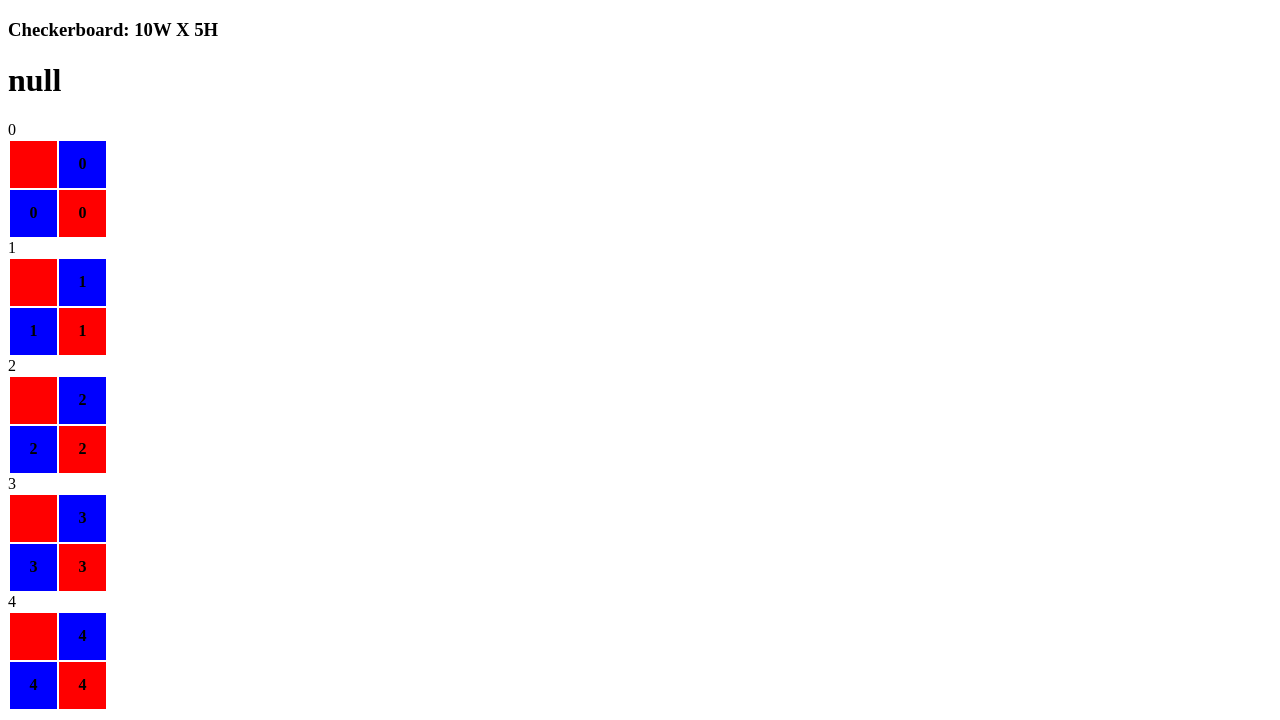
Repository: ben-mandakh/Java-Projects
Page: http://localhost/CheckerBoard/CheckerBoard.jsp
The author's editor kept a copy of each file at every save. The page is drawn from the files as they stood at one save, then again after the next save.
The browser window is 1280 px wide. The pictures show the whole page.
The page is served by Tomcat 9.

Above is the page before, as saved 2019-08-09 02:43:06.

After the next save:
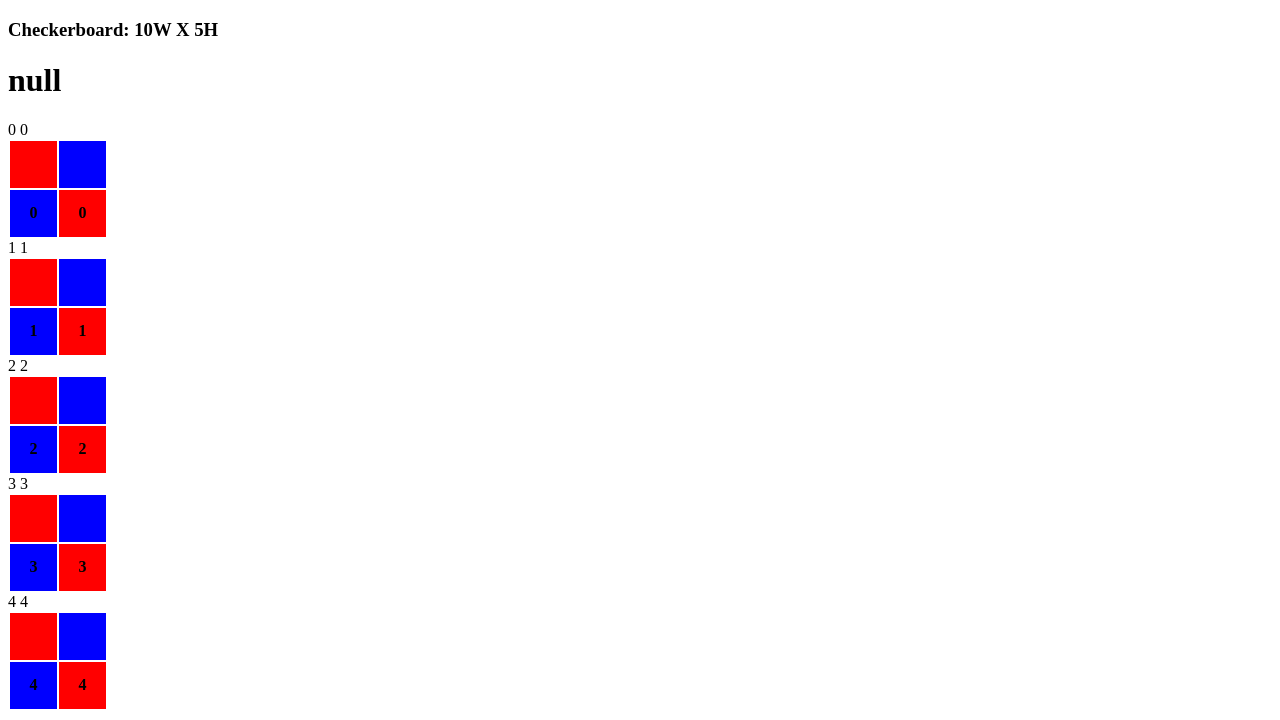
Saved 31 s later.
--- a/CheckerBoard/WebContent/CheckerBoard.jsp
+++ b/CheckerBoard/WebContent/CheckerBoard.jsp
@@ -20,8 +20,8 @@
 	<table>
 		<tr>  <%= i %>
 			<th style="width:45px; height:45px; background-color: red"> </th>
-			<th style="width:45px; height:45px; background-color: blue"> <%= i %></th>
-
+			<th style="width:45px; height:45px; background-color: blue"> </th>
+			 <%= i %>
 		</tr>
 		<tr>
 
